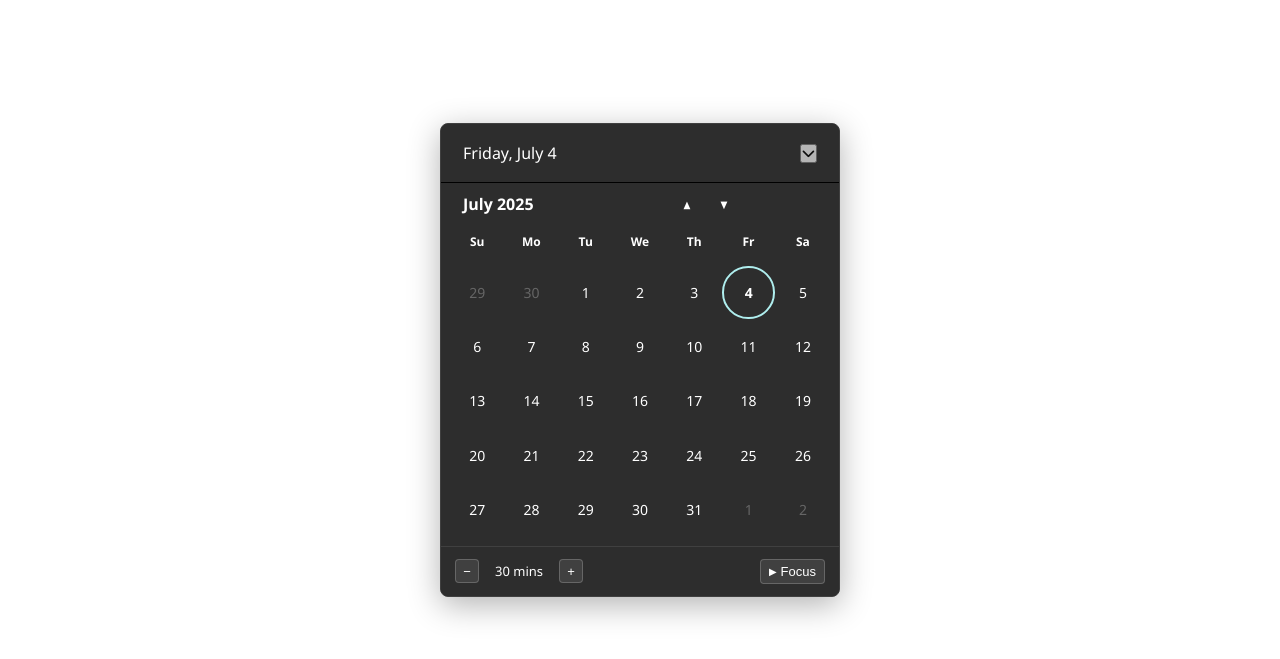
Repository: ThuTrang-jvb/JVB_BT2
Page: index.html
The author's editor kept a copy of each file at every save. The page is drawn from the files as they stood at one save, then again after a run of saves.
The browser window is 1280 px wide. The pictures show the whole page.

Above is the page before, as saved 2025-07-07 10:29:11.

### index.html
<!DOCTYPE html>
<html lang="en">
<head>
  <meta charset="UTF-8" />
  <meta name="viewport" content="width=device-width, initial-scale=1.0"/>
  <title>Calendar</title>
  <link rel="stylesheet" href="style.css" />
  <link rel="stylesheet" href="https://cdnjs.cloudflare.com/ajax/libs/font-awesome/6.4.0/css/all.min.css" />
</head>
<body>
  <div class="calendar">
    <div class="top-bar">
      <div class="date-display" id="dateToggle">
        <span id="dateText">Monday, November 7</span>
        <span class="dropdown-icon">
          <button id="toggleCalendarBtn"><i class="fa-solid fa-chevron-down"></i></button>
        </span>
      </div>
    </div>

    <div class="navigation-bar">
      <div class="title-block" id="calendarTitle">
        <span id="calendarTitleText">November 2022</span>
        <div class="arrow-controls">
          <span>&#9650;</span>
          <span>&#9660;</span>
        </div>
      </div>
    </div>

    <div class="main-calendar">
      <div class="weekday-header" id="weekdayHeader">
        <div class="weekday">Su</div>
        <div class="weekday">Mo</div>
        <div class="weekday">Tu</div>
        <div class="weekday">We</div>
        <div class="weekday">Th</div>
        <div class="weekday">Fr</div>
        <div class="weekday">Sa</div>
      </div>
      <div class="grid-display month-view" id="gridContainer"></div>
    </div>

    <div class="bottom-panel">
      <div class="control-section">
        <div class="session-control">
          <button class="btn-time" id="minusTime">−</button>
          <span class="time-display" id="durationLabel">30 mins</span>
          <button class="btn-time" id="plusTime">+</button>
        </div>
        <button class="session-btn" id="startBtn">
          <span class="session-icon">▶</span>
          <span>Focus</span>
        </button>
      </div>
    </div>
  </div>
  <script src="main.js"></script>
</body>
</html>

### style.css

* {
    margin: 0;
    padding: 0;
    box-sizing: border-box;
}

body {
    font-family: "Segoe UI", Tahoma, Geneva, Verdana, sans-serif;
    background: #ffffff;
    color: #000000;
    min-height: 100vh;
    display: flex;
    align-items: center;
    justify-content: center;
}

.calendar {
    background: #2d2d2d;
    border-radius: 8px;
    width: 100%;
    max-width: 400px;
    box-shadow: 0 8px 32px rgba(0, 0, 0, 0.3);
    border: 1px solid #404040;
    overflow: hidden;
    display: flex;
    flex-direction: column;
}

.top-bar {
    background: #2d2d2d;
    padding: 18px 22px;
    border-bottom: 1px solid #000;
}

.date-display {
    display: flex;
    align-items: center;
    justify-content: space-between;
    font-size: 16px;
    font-weight: 400;
    color: #ffffff;
    cursor: pointer;
    transition: color 0.2s ease;
}

.date-display:hover {
    color: #60a5fa;
}

.dropdown-icon {
    opacity: 0.7;
    font-size: 12px;
}

.navigation-bar {
    display: flex;
    align-items: center;
    justify-content: space-between;
    font-weight: 500;
    padding: 10px 22px;
    background: #2d2d2d;
}

.title-block {
    display: flex;
    align-items: center;
    gap: 150px;
    font-size: 16px;
    font-weight: 600;
    color: #ffffff;
    cursor: pointer;
    transition: color 0.2s ease;
}

.title-block:hover {
    color: #60a5fa;
}

.arrow-controls {
    display: flex;
    gap: 30px;
    font-size: 10px;
}

.weekday-header {
    display: grid;
    grid-template-columns: repeat(7, 1fr);
    gap: 2px;
    margin-bottom: 8px;
    padding: 0 10px;
}

.weekday {
    text-align: center;
    font-size: 12px;
    font-weight: 600;
    color: white;
    padding: 8px 4px;
}

.grid-display {
    display: grid;
    gap: 2px;
    padding: 0 10px 10px;
}

.month-view {
    grid-template-columns: repeat(7, 1fr);
}

.year-view {
    grid-template-columns: repeat(4, 1fr);
    gap: 8px;
}

.decade-view {
    grid-template-columns: repeat(4, 1fr);
    gap: 8px;
}

.grid-cell,
.year-cell,
.decade-cell {
    aspect-ratio: 1;
    display: flex;
    align-items: center;
    justify-content: center;
    cursor: pointer;
    border-radius: 4px;
    font-size: 14px;
    font-weight: 400;
    transition: all 0.2s ease;
    color: #ffffff;
    min-height: 32px;
}

.grid-cell:hover,
.year-cell:hover,
.decade-cell:hover {
    background: #404040;
    border-radius: 50%;
}

.grid-cell.dimmed,
.decade-cell.dimmed {
    color: #666666;
}

.grid-cell.today,
.year-cell.current,
.decade-cell.current {
    background: #0078d4;
    color: white;
    font-weight: 600;
    border-radius: 50%;
}

.grid-cell.selected,
.year-cell.selected,
.decade-cell.selected {
    background: none;
    border: 2px solid paleturquoise;
    color: white;
    font-weight: 600;
    border-radius: 50%;
}

.bottom-panel {
    padding: 12px 14px;
    border-top: 1px solid #404040;
    background: #2d2d2d;
}

.control-section {
    display: flex;
    justify-content: space-between;
    align-items: center;
}

.session-control {
    display: flex;
    align-items: center;
    gap: 6px;
}

.btn-time {
    background: #404040;
    color: white;
    cursor: pointer;
    font-size: 13px;
    width: 24px;
    height: 24px;
    display: flex;
    align-items: center;
    justify-content: center;
    border: 1px solid rgba(255, 255, 255, 0.2);
    transition: all 0.2s ease;
    border-radius: 4px;
}

.btn-time:hover {
    color: #60a5fa;
}

.time-display {
    font-size: 13px;
    color: white;
    min-width: 60px;
    padding: 0 10px;
    text-align: center;
}

.session-btn {
    background: #404040;
    border: 1px solid rgba(255, 255, 255, 0.2);
    padding: 4px 8px;
    color: white;
    font-size: 13px;
    cursor: pointer;
    display: flex;
    align-items: center;
    gap: 4px;
    transition: color 0.2s ease;
    border-radius: 4px;
}

.session-btn:hover {
    color: #60a5fa;
    background: #404040;
}

.session-icon {
    font-size: 10px;
}

.hidden {
    display: none;
}
.main-calendar {
    overflow: hidden;
    transition: max-height 0.4s ease;
}
.main-calendar.collapsed {
  max-height: 0;
}

@media (max-width: 480px) {
    .calendar {
        width: 90%;
        margin: 10px;
    }
}

### main.js
class Calendar {
    constructor() {
        this.currentDate = new Date();
        this.selectedDate = new Date();
        this.currentMonth = new Date();
        this.viewMode = 'month';
        this.timeMinutes = 30;
        this.focusInterval = null;
        this.remainingSeconds = 0;

        this.months = [
            'January', 'February', 'March', 'April', 'May', 'June',
            'July', 'August', 'September', 'October', 'November', 'December'
        ];

        this.monthsShort = [
            'Jan', 'Feb', 'Mar', 'Apr', 'May', 'Jun',
            'Jul', 'Aug', 'Sep', 'Oct', 'Nov', 'Dec'
        ];

        this.init();
    }

    init() {
        this.bindEvents();
        this.updateDisplay();
        this.startRealTimeUpdate();
    }

    bindEvents() {
        document.getElementById('dateToggle').addEventListener('click', () => this.handleHeaderClick());
        document.getElementById('calendarTitle').addEventListener('click', () => this.handleNavTitleClick());
        const arrows = document.querySelectorAll('.arrow-controls span');
        if (arrows.length >= 2) {
            arrows[0].addEventListener('click', () => this.navigate(-1));
            arrows[1].addEventListener('click', () => this.navigate(1));
        }

        document.getElementById('minusTime').addEventListener('click', () => this.adjustTime(-5));
        document.getElementById('plusTime').addEventListener('click', () => this.adjustTime(15));
        document.getElementById('startBtn').addEventListener('click', () => this.toggleFocus());
    }

    adjustTime(minutes) {
        this.timeMinutes += minutes;
        if (this.timeMinutes < 5) this.timeMinutes = 5;
        if (this.timeMinutes > 480) this.timeMinutes = 480;
        this.updateTimeDisplay();
    }

    updateTimeDisplay() {
        const timeLabel = document.getElementById('durationLabel');
        if (this.timeMinutes >= 60) {
            const hours = Math.floor(this.timeMinutes / 60);
            const mins = this.timeMinutes % 60;
            if (mins === 0) {
                timeLabel.textContent = `${hours} hr${hours > 1 ? 's' : ''}`;
            } else {
                timeLabel.textContent = `${hours}h ${mins}m`;
            }
        } else {
            timeLabel.textContent = `${this.timeMinutes} mins`;
        }
    }

    toggleFocus() {
        const focusBtn = document.getElementById('startBtn');
        const icon = focusBtn.querySelector('.session-icon');
        const text = focusBtn.querySelector('span:last-child');

        if (text.textContent === 'Focus') {
            text.textContent = 'Stop';
            icon.textContent = '⏸';
            focusBtn.style.color = '#60a5fa';
            this.remainingSeconds = this.timeMinutes * 60;

            this.focusInterval = setInterval(() => {
                this.remainingSeconds--;
                this.updateCountdownDisplay();

                if (this.remainingSeconds <= 0) {
                    clearInterval(this.focusInterval);
                    this.focusInterval = null;
                    alert("Time's up!");
                    this.resetFocusButton();
                }
            }, 1000);

        } else {
            clearInterval(this.focusInterval);
            this.focusInterval = null;
            this.resetFocusButton();
            this.updateTimeDisplay();
        }
    }

    updateCountdownDisplay() {
        const timeLabel = document.getElementById('durationLabel');
        const minutes = Math.floor(this.remainingSeconds / 60);
        const seconds = this.remainingSeconds % 60;
        timeLabel.textContent = `${minutes}m ${seconds}s`;
    }

    resetFocusButton() {
        const focusBtn = document.getElementById('startBtn');
        const icon = focusBtn.querySelector('.session-icon');
        const text = focusBtn.querySelector('span:last-child');

        text.textContent = 'Focus';
        icon.textContent = '\u25B6';
        focusBtn.style.color = '#888888';
    }

    startRealTimeUpdate() {
        setInterval(() => {
            this.currentDate = new Date();
            this.updateHeaderDate();
        }, 1000);
    }

    handleHeaderClick() {
        if (this.viewMode !== 'month') {
            this.viewMode = 'month';
            this.updateDisplay();
        }
    }

    handleNavTitleClick() {
        switch (this.viewMode) {
            case 'month':
                this.viewMode = 'year';
                break;
            case 'year':
                this.viewMode = 'decade';
                break;
        }
        this.updateDisplay();
    }

    navigate(direction) {
        switch (this.viewMode) {
            case 'month':
                this.currentMonth.setMonth(this.currentMonth.getMonth() + direction);
                break;
            case 'year':
                this.currentMonth.setFullYear(this.currentMonth.getFullYear() + direction);
                break;
            case 'decade':
                this.currentMonth.setFullYear(this.currentMonth.getFullYear() + direction * 10);
                break;
        }
        this.updateDisplay();
    }

    updateDisplay() {
        this.updateHeaderDate();
        this.updateNavTitle();
        this.updateCalendarGrid();
        this.updateWeekdayHeader();
        this.updateTimeDisplay();
    }

    updateHeaderDate() {
        const options = { weekday: 'long', month: 'long', day: 'numeric' };
        const dateText = this.currentDate.toLocaleDateString('en-US', options);
        document.getElementById('dateText').textContent = dateText;
    }

    updateNavTitle() {
        let titleText = '';
        switch (this.viewMode) {
            case 'month':
                titleText = `${this.months[this.currentMonth.getMonth()]} ${this.currentMonth.getFullYear()}`;
                break;
            case 'year':
                titleText = this.currentMonth.getFullYear().toString();
                break;
            case 'decade':
                const startYear = Math.floor(this.currentMonth.getFullYear() / 10) * 10;
                titleText = `${startYear} - ${startYear + 9}`;
                break;
        }
        document.getElementById('calendarTitleText').textContent = titleText;
    }

    updateWeekdayHeader() {
        const header = document.getElementById('weekdayHeader');
        const grid = document.getElementById('gridContainer');

        if (this.viewMode === 'month') {
            header.classList.remove('hidden');
            grid.className = 'grid-display month-view';
        } else {
            header.classList.add('hidden');
            grid.className = `grid-display ${this.viewMode}-view`;
        }
    }

    updateCalendarGrid() {
        const grid = document.getElementById('gridContainer');
        grid.innerHTML = '';

        switch (this.viewMode) {
            case 'month':
                this.renderMonthView(grid);
                break;
            case 'year':
                this.renderYearView(grid);
                break;
            case 'decade':
                this.renderDecadeView(grid);
                break;
        }
    }

    renderMonthView(grid) {
        const daysInMonth = new Date(this.currentMonth.getFullYear(), this.currentMonth.getMonth() + 1, 0).getDate();
        const firstDay = new Date(this.currentMonth.getFullYear(), this.currentMonth.getMonth(), 1).getDay();
        const prevMonth = new Date(this.currentMonth.getFullYear(), this.currentMonth.getMonth(), 0);
        const prevMonthDays = prevMonth.getDate();

        for (let i = firstDay - 1; i >= 0; i--) {
            const day = document.createElement('div');
            day.className = 'grid-cell dimmed';
            day.textContent = prevMonthDays - i;
            grid.appendChild(day);
        }

        for (let day = 1; day <= daysInMonth; day++) {
            const date = new Date(this.currentMonth.getFullYear(), this.currentMonth.getMonth(), day);
            const dayElement = document.createElement('div');
            dayElement.className = 'grid-cell';
            dayElement.textContent = day;

            if (this.isSameDay(date, this.currentDate)) dayElement.classList.add('today');
            if (this.isSameDay(date, this.selectedDate)) dayElement.classList.add('selected');

            dayElement.addEventListener('click', () => {
                this.selectedDate = new Date(date);
                this.updateDisplay();
            });

            grid.appendChild(dayElement);
        }

        const totalCells = Math.ceil((firstDay + daysInMonth) / 7) * 7;
        const remainingCells = totalCells - (firstDay + daysInMonth);

        for (let day = 1; day <= remainingCells; day++) {
            const dayElement = document.createElement('div');
            dayElement.className = 'grid-cell dimmed';
            dayElement.textContent = day;
            grid.appendChild(dayElement);
        }
    }

    renderYearView(grid) {
        for (let month = 0; month < 12; month++) {
            const monthElement = document.createElement('div');
            monthElement.className = 'year-cell';
            monthElement.textContent = this.monthsShort[month];

            const date = new Date(this.currentMonth.getFullYear(), month, 1);

            if (month === this.currentDate.getMonth() && this.currentMonth.getFullYear() === this.currentDate.getFullYear()) {
                monthElement.classList.add('current');
            }
            if (month === this.currentMonth.getMonth()) {
                monthElement.classList.add('selected');
            }

            monthElement.addEventListener('click', () => {
                this.currentMonth.setMonth(month);
                this.viewMode = 'month';
                this.updateDisplay();
            });

            grid.appendChild(monthElement);
        }
    }

    renderDecadeView(grid) {
        const currentYear = this.currentMonth.getFullYear();
        const startYear = Math.floor(currentYear / 10) * 10 - 2;

        for (let i = 0; i < 16; i++) {
            const year = startYear + i;
            const yearElement = document.createElement('div');
            yearElement.className = 'decade-cell';
            yearElement.textContent = year;

            if (year === this.currentDate.getFullYear()) yearElement.classList.add('current');
            if (year === this.currentMonth.getFullYear()) yearElement.classList.add('selected');
            if (i < 2 || i > 13) yearElement.classList.add('dimmed');

            yearElement.addEventListener('click', () => {
                this.currentMonth.setFullYear(year);
                this.viewMode = 'year';
                this.updateDisplay();
            });

            grid.appendChild(yearElement);
        }
    }

    isSameDay(date1, date2) {
        return date1.getDate() === date2.getDate() &&
               date1.getMonth() === date2.getMonth() &&
               date1.getFullYear() === date2.getFullYear();
    }
}

document.addEventListener('DOMContentLoaded', () => {
    new Calendar();
});

After the next 5 saves:
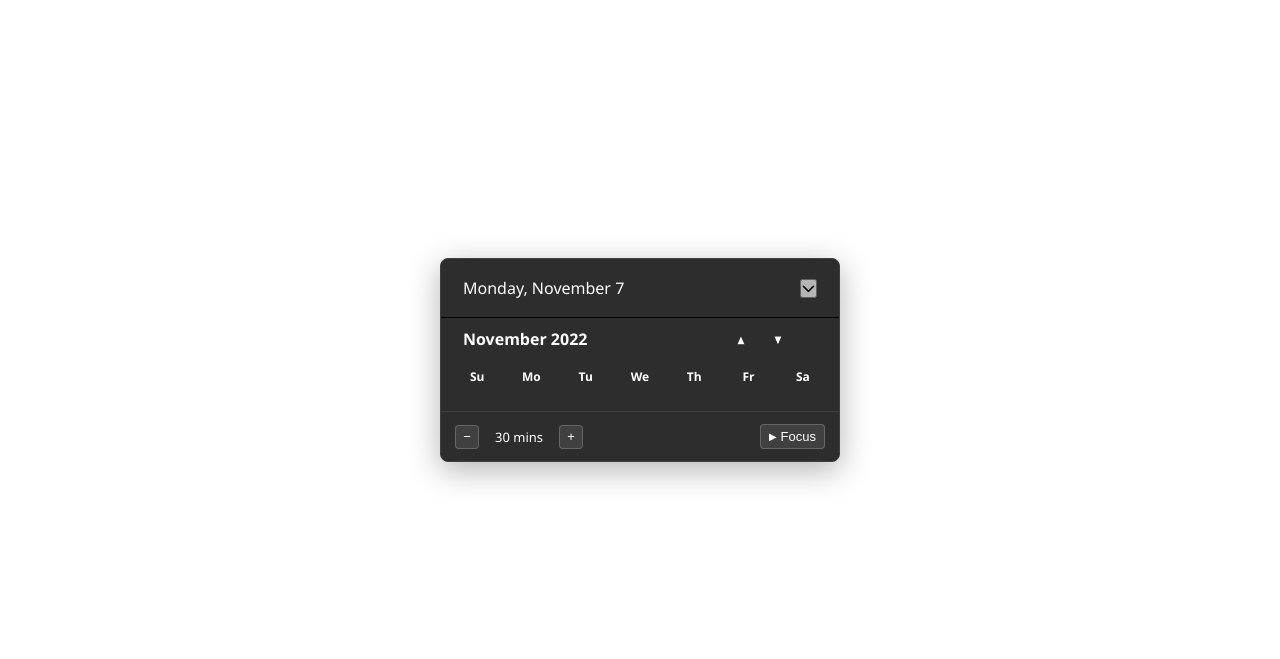
The 5 saves are shown as one change because they came seconds apart.
The last was saved 64 s later.
--- a/main.js
+++ b/main.js
@@ -311,5 +311,21 @@
 }
 
 document.addEventListener('DOMContentLoaded', () => {
-    new Calendar();
+
+  const toggleBtn = document.getElementById('toggleCalendarBtn');
+  const calendar = document.querySelector('.main-calendar');
+  const icon = toggleBtn.querySelector('i');
+
+  toggleBtn.addEventListener('click', () => {
+    calendar.classList.toggle('collapsed');
+
+    // Đổi icon mũi tên lên/xuống
+    if (calendar.classList.contains('collapsed')) {
+      icon.classList.remove('fa-chevron-down');
+      icon.classList.add('fa-chevron-up');
+    } else {
+      icon.classList.remove('fa-chevron-up');
+      icon.classList.add('fa-chevron-down');
+    }
+  });
 });

After the 6 saves that followed:
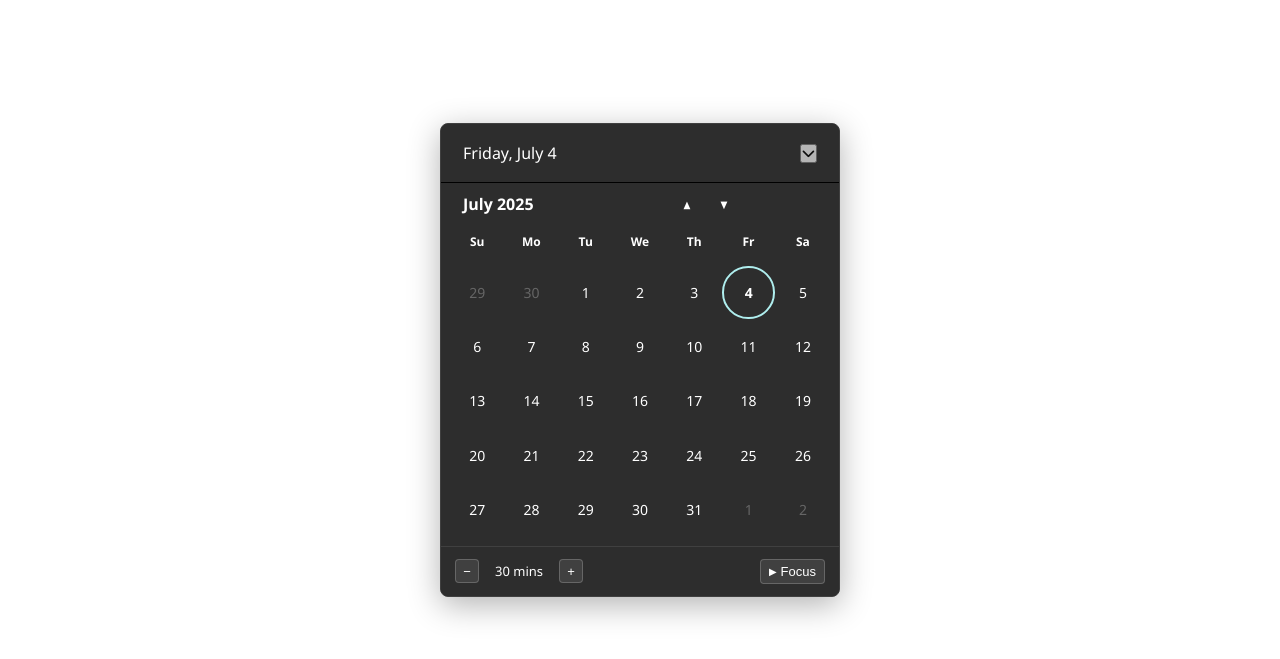
The 6 saves are shown as one change because 1 left the picture as it was and some came seconds apart.
The last was saved 17 s later.
--- a/main.js
+++ b/main.js
@@ -311,12 +311,12 @@
 }
 
 document.addEventListener('DOMContentLoaded', () => {
-
-  const toggleBtn = document.getElementById('toggleCalendarBtn');
-  const calendar = document.querySelector('.main-calendar');
-  const icon = toggleBtn.querySelector('i');
-
-  toggleBtn.addEventListener('click', () => {
+    new Calendar()
+    const toggleBtn = document.getElementById('toggleCalendarBtn');
+    const calendar = document.querySelector('.main-calendar');
+    const icon = toggleBtn.querySelector('i');
+
+    toggleBtn.addEventListener('click', () => {
     calendar.classList.toggle('collapsed');
 
     // Đổi icon mũi tên lên/xuống
